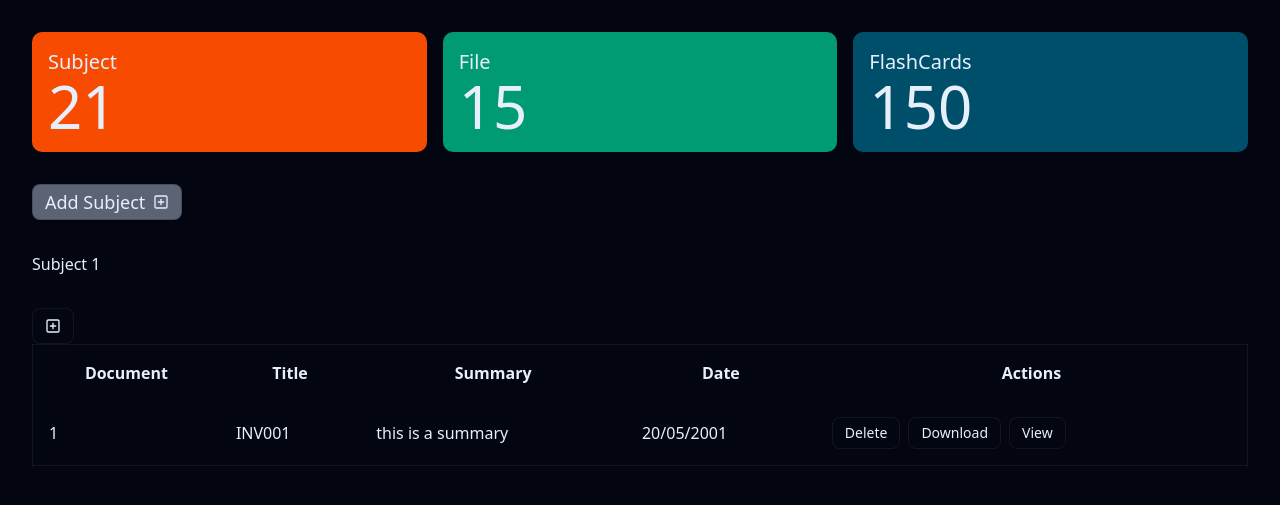
Repository: SywarDer/Student-Assistance
Page: /dashboard (app in student-assistant/)
The author's editor kept a copy of each file at every save. The page is drawn from the files as they stood at one save, then again after the next save.
The browser window is 1280 px wide. The pictures show the whole page.
The project was rebuilt for these pictures with package versions that can differ from the ones it lists, and the page was loaded fresh each time. The framework's server and built-in components were replaced by stand-ins that run in the browser. Also part of the build but not shown: student-assistant/next.config.ts, student-assistant/components/ui/input.tsx.

Above is the page before, as saved 2025-11-04 17:35:30.

After the next save:
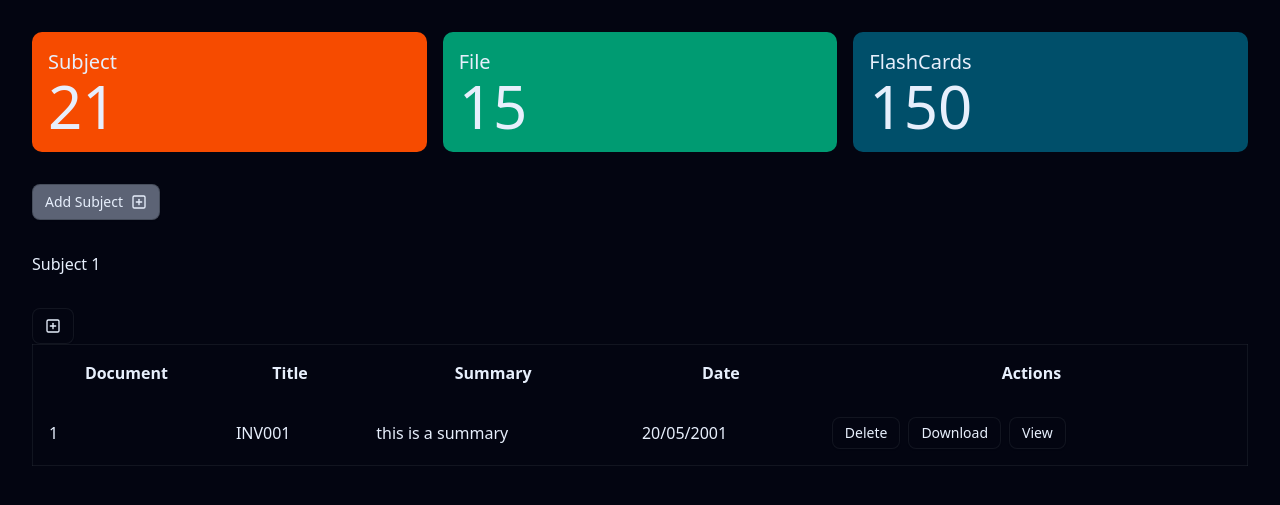
Saved 17 s later.
--- a/student-assistant/app/dashboard/page.tsx
+++ b/student-assistant/app/dashboard/page.tsx
@@ -53,7 +53,7 @@ export default function Dashboard() {
             {/* Button new subject */}
             <Popover>
                 <PopoverTrigger asChild>
-                    <Button variant="outline" className="cursor-pointer text-lg" style={{ backgroundColor: "var(--ring)" }}>
+                    <Button variant="outline" className="cursor-pointer text-sm" style={{ backgroundColor: "var(--ring)" }}>
                     Add Subject <PlusSquare />
                     </Button>
 
